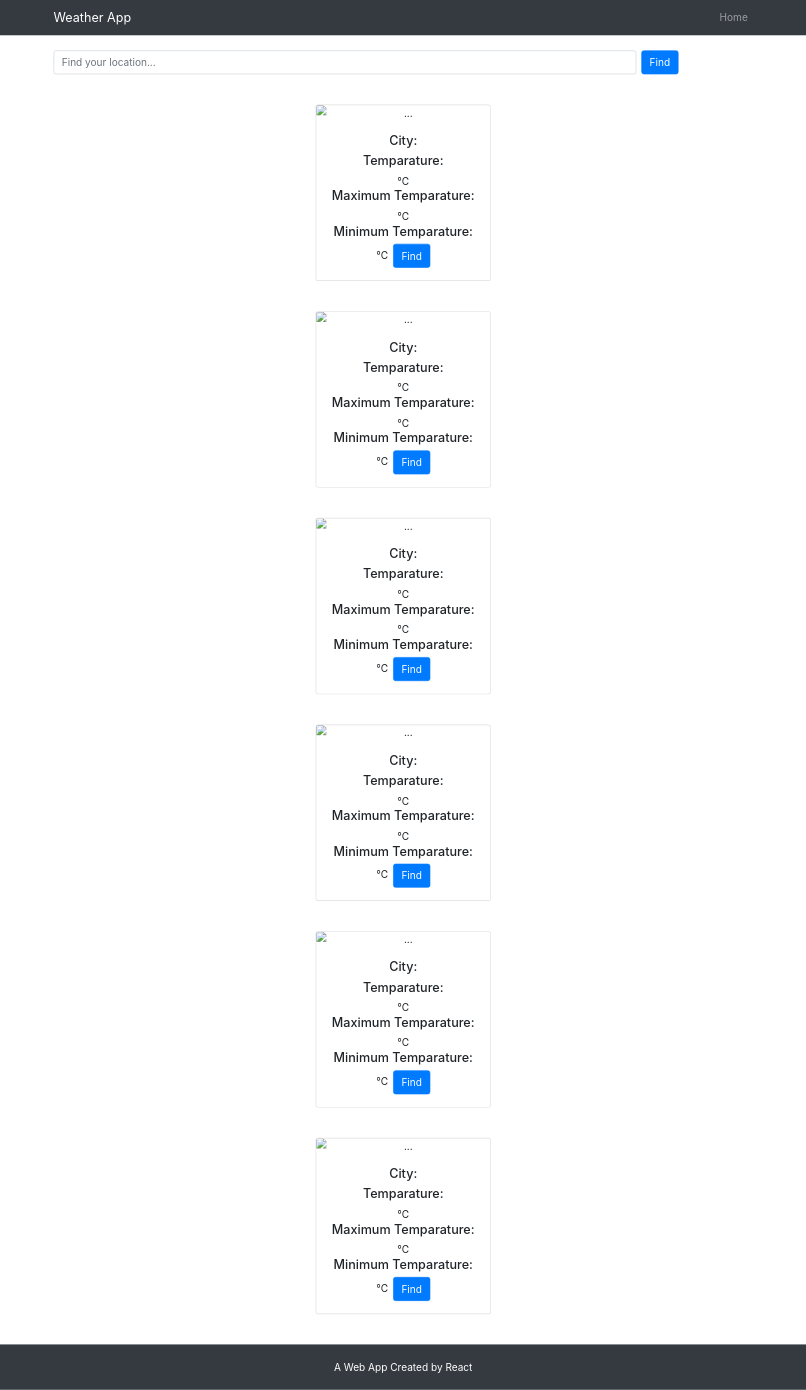
Repository: smk87/weather-app-react
Page: /
The author's editor kept a copy of each file at every save. The page is drawn from the files as they stood at one save, then again after the next save.
The browser window is 1280 px wide. The pictures show the whole page, at 63% of full size.
The page's requests for data from a server got no answer. Some web libraries are served in a nearby version. The project was rebuilt for these pictures with package versions that can differ from the ones it lists, and the page was loaded fresh each time. A package was used in the major version that the imports need, not the one package.json lists. No one was signed in, and anything a server would have sent is missing.

Above is the page before, as saved 2019-02-06 18:32:47.

After the next save:
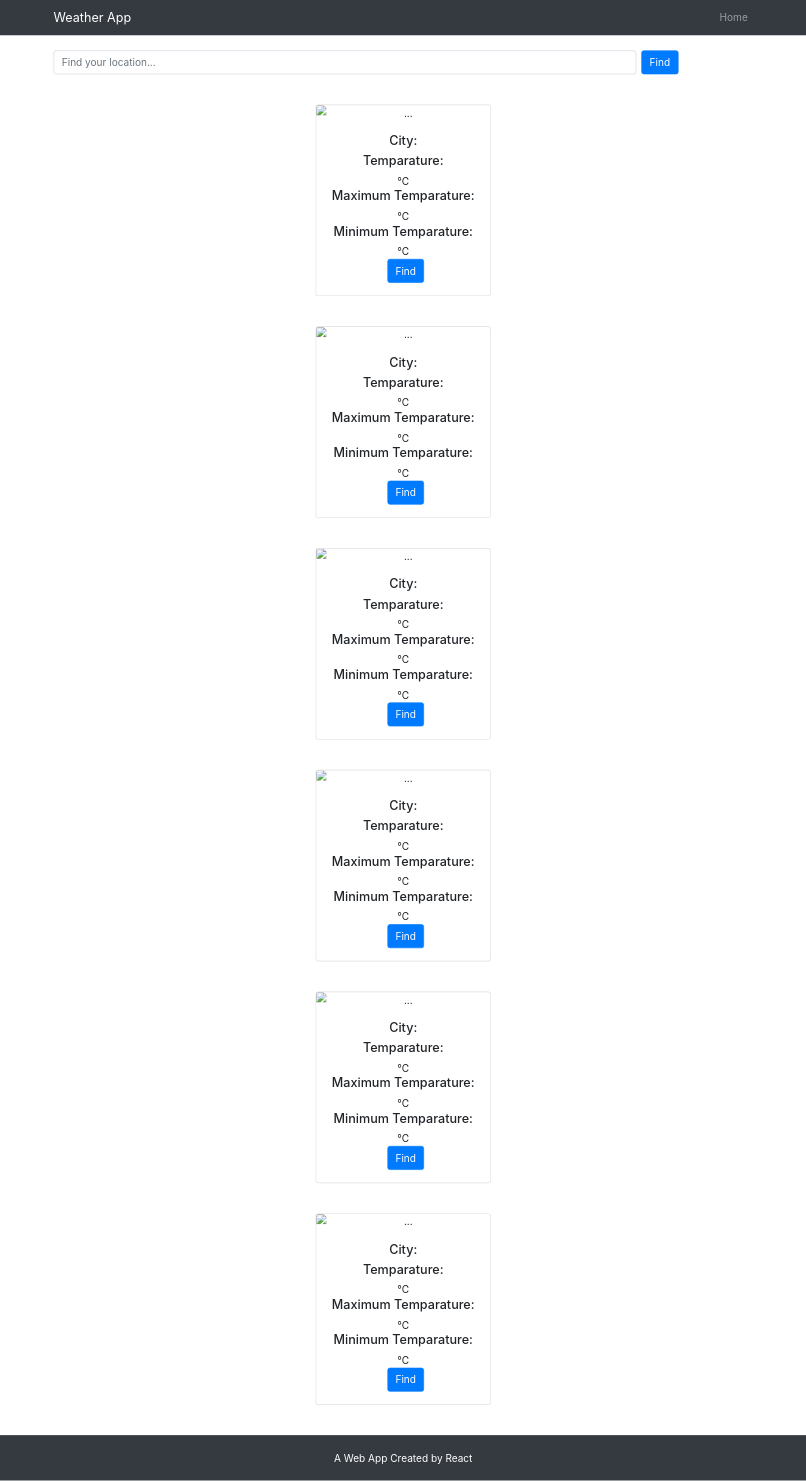
Saved 16 s later.
--- a/src/components/Weather.js
+++ b/src/components/Weather.js
@@ -109,12 +109,8 @@ export default class Weather extends Component {
             <h5>Minimum Temparature: </h5>
             {this.state.mintemp}
             <span>&#8451;</span>
-            <input
-              type="submit"
-              className="ml-2 btn btn-primary"
-              value="Find"
-            />
           </div>
+          <input type="submit" className="ml-2 btn btn-primary" value="Find" />
         </div>
       </div>
     );
